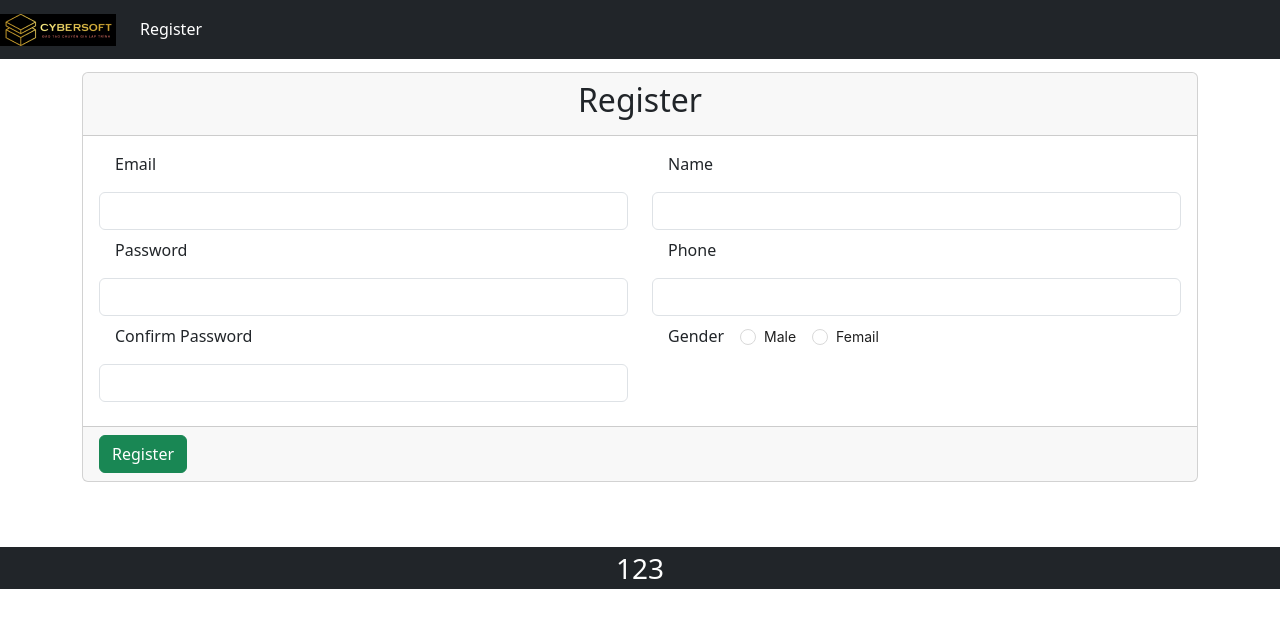
Repository: KhoiNguyen77/react-capstone
Page: /register
The author's editor kept a copy of each file at every save. The page is drawn from the files as they stood at one save, then again after the next save.
The browser window is 1280 px wide. The pictures show the whole page.
The project was rebuilt for these pictures with package versions that can differ from the ones it lists, and the page was loaded fresh each time.

Above is the page before, as saved 2023-06-15 14:28:15.

### public/index.html
<!DOCTYPE html>
<html lang="en">

<head>
  <meta charset="utf-8" />
  <link rel="icon" href="%PUBLIC_URL%/favicon.ico" />
  <meta name="viewport" content="width=device-width, initial-scale=1" />
  <meta name="theme-color" content="#000000" />
  <meta name="description" content="Web site created using create-react-app" />
  <link rel="apple-touch-icon" href="%PUBLIC_URL%/logo192.png" />
  <!--
      manifest.json provides metadata used when your web app is installed on a
      user's mobile device or desktop. See https://developers.google.com/web/fundamentals/web-app-manifest/
    -->
  <link rel="manifest" href="%PUBLIC_URL%/manifest.json" />
  <!--
      Notice the use of %PUBLIC_URL% in the tags above.
      It will be replaced with the URL of the `public` folder during the build.
      Only files inside the `public` folder can be referenced from the HTML.

      Unlike "/favicon.ico" or "favicon.ico", "%PUBLIC_URL%/favicon.ico" will
      work correctly both with client-side routing and a non-root public URL.
      Learn how to configure a non-root public URL by running `npm run build`.
    -->
  <link href="https://cdn.jsdelivr.net/npm/bootstrap@5.3.0/dist/css/bootstrap.min.css" rel="stylesheet"
    integrity="sha384-9ndCyUaIbzAi2FUVXJi0CjmCapSmO7SnpJef0486qhLnuZ2cdeRhO02iuK6FUUVM" crossorigin="anonymous">
  <title>Capstone React</title>
</head>

<body>
  <noscript>You need to enable JavaScript to run this app.</noscript>
  <div id="root"></div>
  <!--
      This HTML file is a template.
      If you open it directly in the browser, you will see an empty page.

      You can add webfonts, meta tags, or analytics to this file.
      The build step will place the bundled scripts into the <body> tag.

      To begin the development, run `npm start` or `yarn start`.
      To create a production bundle, use `npm run build` or `yarn build`.
    -->
</body>
<script src="https://cdn.jsdelivr.net/npm/bootstrap@5.3.0/dist/js/bootstrap.bundle.min.js"
  integrity="sha384-geWF76RCwLtnZ8qwWowPQNguL3RmwHVBC9FhGdlKrxdiJJigb/j/68SIy3Te4Bkz" crossorigin="anonymous"></script>

</html>

### src/index.js
import React from 'react';
import ReactDOM from 'react-dom/client';
import { store } from './Redux/configStore';
import { unstable_HistoryRouter as HistoryRouter, Route, Routes } from 'react-router-dom';
import { Provider } from 'react-redux';
import HomeTemplate from './Template/HomeTemplate';
import { createBrowserHistory } from 'history'
import Register from './pages/Register';
export const customNavigate = createBrowserHistory();
const root = ReactDOM.createRoot(document.getElementById('root'));
root.render(
  <Provider store={store}>
    <HistoryRouter history={customNavigate}>
      <Routes>
        <Route path='/' element={<HomeTemplate></HomeTemplate>}>
          <Route path='/register' element={<Register></Register>}></Route>
        </Route>
      </Routes>
    </HistoryRouter>
  </Provider>
);

// If you want to start measuring performance in your app, pass a function
// to log results (for example: reportWebVitals(console.log))
// or send to an analytics endpoint. Learn more: https://bit.ly/CRA-vitals

### src/Redux/configStore.jsx
import {configureStore} from '@reduxjs/toolkit';


export const store = configureStore({
    reducer: {

    }
})

### src/Template/HomeTemplate.jsx
import React from 'react'



import { createBrowserHistory } from 'history'
import { NavLink, Outlet } from 'react-router-dom'
import Header from '../Component/Header'



const HomeTemplate = () => {
    return <div>
        <div className='header' style={{minHeight: '10vh'}}>
            <Header></Header>
        </div>
        <div className="content" style={{minHeight: '66vh'}}>
            <Outlet></Outlet>
        </div>
        <footer className='fs-3 text-center text-white bg-dark'>
            123
        </footer>
    </div>
}

export default HomeTemplate

### src/pages/Register.jsx
import React from 'react'
import { Radio } from 'antd';
import { useFormik } from 'formik';
import * as yup from 'yup'
const Register = () => {
    const registerMik = useFormik({
        initialValues: {
            email: '',
            password: '',
            name: '',
            gender: true,
            phone: ''
        },
        onSubmit: values => {
            console.log(values);
        },
        validationSchema: yup.object().shape({
            email: yup.string().required("Email can't be blank !").email("Email is not valid !"),
            password: yup.string().required("Password can't be blank !").min(5, "Password must have at least 5 characters").max(8, "Password only have 8 characters at max"),
            name: yup.string().required("Name can't be blank"),
            gender: yup.string().required("Please select your gender !"),
            phone: yup.string().required("Phonenumber can't be blank !")
        })
    })

    return (
        <div className='container'>
            <form className='card form-group' onSubmit={registerMik.handleSubmit}>
                <div className="card-header">
                    <h2 className='text-center'>Register</h2>
                </div>
                <div className="card-body">
                    <div className="row">
                        <div className="col-md-6 col-12">
                            <p className='d-inline-block mx-3'>Email</p> <span className='text-danger'>{registerMik.errors.email}</span>
                            <input type="email" className='form-control mb-2' id='email' name='email' onChange={registerMik.handleChange} />
                        </div>
                        <div className="col-md-6 col-12">
                            <p className='d-inline-block mx-3'>Name</p> <span className='text-danger'>{registerMik.errors.name}</span>
                            <input type="text" className='form-control mb-2' id='name' name='name' onChange={registerMik.handleChange} />
                        </div>
                    </div>
                    <div className="row">
                        <div className="col-md-6 col-12">
                            <p className='d-inline-block mx-3'>Password</p><span className='text-danger'>{registerMik.errors.password}</span>
                            <input type="password" className='form-control mb-2' id='password' name='password' onChange={registerMik.handleChange} />
                        </div>
                        <div className="col-md-6 col-12">
                            <p className='d-inline-block mx-3'>Phone</p> <span className='text-danger'>{registerMik.errors.phone}</span>
                            <input type="number" className='form-control mb-2' id='phone' name='phone' onChange={registerMik.handleChange} />
                        </div>
                    </div>
                    <div className="row">
                        <div className="col-md-6 col-12">
                            <p className='d-inline-block mx-3'>Confirm Password</p>
                            <input type="password" className='form-control mb-2' id='confirm-pass' name='confirm-pass' onChange={registerMik.handleChange} />
                        </div>
                        <div className="col-md-6 col-12">
                            <p className='d-inline-block mx-3'>Gender</p><span className='text-danger'>{registerMik.errors.gender}</span>
                            <Radio.Group id='gender' name='gender'>
                                <Radio value={true}>Male</Radio>
                                <Radio value={false}>Femail</Radio>
                            </Radio.Group>
                        </div>
                    </div>
                </div>
                <div className="card-footer">
                    <button type='submit' className='btn btn-success'>Register</button>
                </div>
            </form>
        </div>
    )
}

export default Register

### src/Component/Header.jsx
import React from 'react'
import { NavLink } from 'react-router-dom'

const Header = () => {
    return (
        <nav className="navbar navbar-expand-sm navbar-dark bg-dark">
            <NavLink className="navbar-brand" to="/">
                <img src='./images/image 3.png' alt='logo'></img>
            </NavLink>
            <button className="navbar-toggler d-lg-none" type="button" data-bs-toggle="collapse" data-bs-target="#collapsibleNavId" aria-controls="collapsibleNavId" aria-expanded="false" aria-label="Toggle navigation" />
            <div className="collapse navbar-collapse" id="collapsibleNavId">
                <ul className="navbar-nav me-auto mt-2 mt-lg-0">
                    <li className="nav-item">
                        <NavLink className="nav-link" to="/register">Register</NavLink>
                    </li>
                </ul>
            </div>
        </nav>)
}

export default Header

After the next save:
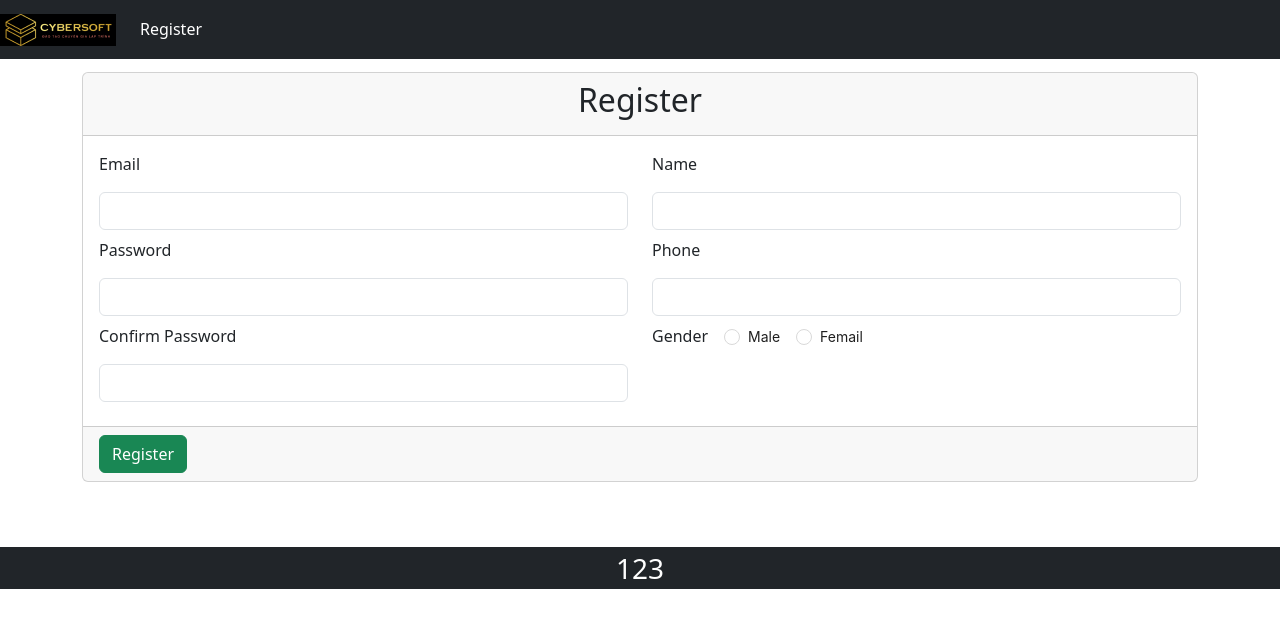
Saved 7 s later.
--- a/src/pages/Register.jsx
+++ b/src/pages/Register.jsx
@@ -32,31 +32,31 @@
                 <div className="card-body">
                     <div className="row">
                         <div className="col-md-6 col-12">
-                            <p className='d-inline-block mx-3'>Email</p> <span className='text-danger'>{registerMik.errors.email}</span>
+                            <p className='d-inline-block me-3'>Email</p> <span className='text-danger'>{registerMik.errors.email}</span>
                             <input type="email" className='form-control mb-2' id='email' name='email' onChange={registerMik.handleChange} />
                         </div>
                         <div className="col-md-6 col-12">
-                            <p className='d-inline-block mx-3'>Name</p> <span className='text-danger'>{registerMik.errors.name}</span>
+                            <p className='d-inline-block me-3'>Name</p> <span className='text-danger'>{registerMik.errors.name}</span>
                             <input type="text" className='form-control mb-2' id='name' name='name' onChange={registerMik.handleChange} />
                         </div>
                     </div>
                     <div className="row">
                         <div className="col-md-6 col-12">
-                            <p className='d-inline-block mx-3'>Password</p><span className='text-danger'>{registerMik.errors.password}</span>
+                            <p className='d-inline-block me-3'>Password</p><span className='text-danger'>{registerMik.errors.password}</span>
                             <input type="password" className='form-control mb-2' id='password' name='password' onChange={registerMik.handleChange} />
                         </div>
                         <div className="col-md-6 col-12">
-                            <p className='d-inline-block mx-3'>Phone</p> <span className='text-danger'>{registerMik.errors.phone}</span>
+                            <p className='d-inline-block me-3'>Phone</p> <span className='text-danger'>{registerMik.errors.phone}</span>
                             <input type="number" className='form-control mb-2' id='phone' name='phone' onChange={registerMik.handleChange} />
                         </div>
                     </div>
                     <div className="row">
                         <div className="col-md-6 col-12">
-                            <p className='d-inline-block mx-3'>Confirm Password</p>
+                            <p className='d-inline-block me-3'>Confirm Password</p>
                             <input type="password" className='form-control mb-2' id='confirm-pass' name='confirm-pass' onChange={registerMik.handleChange} />
                         </div>
                         <div className="col-md-6 col-12">
-                            <p className='d-inline-block mx-3'>Gender</p><span className='text-danger'>{registerMik.errors.gender}</span>
+                            <p className='d-inline-block me-3'>Gender</p><span className='text-danger'>{registerMik.errors.gender}</span>
                             <Radio.Group id='gender' name='gender'>
                                 <Radio value={true}>Male</Radio>
                                 <Radio value={false}>Femail</Radio>
